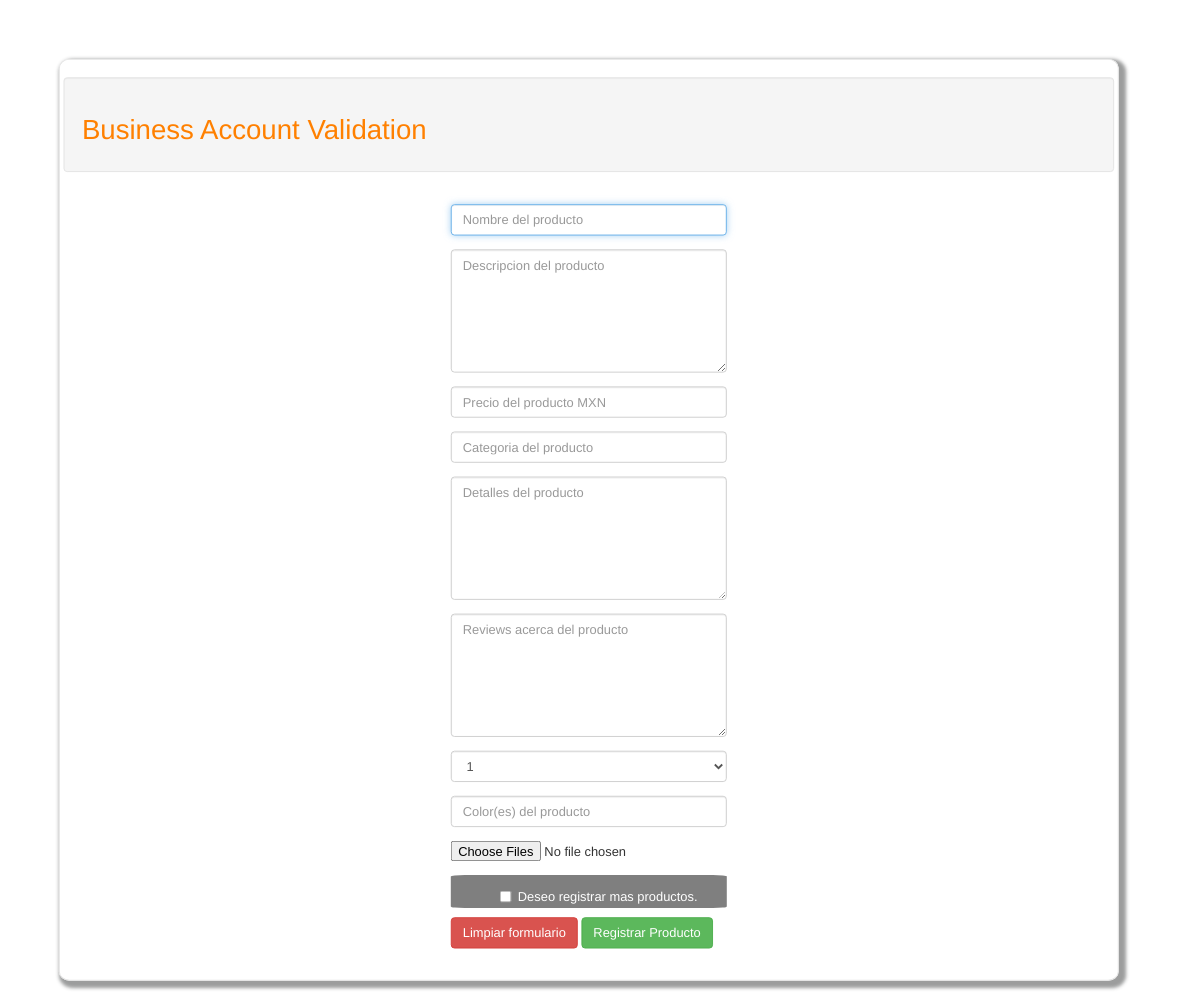
Repository: diamesa/sdi.esb.toolbox
Page: http://localhost/WebAnalizer/BAValidation.jsp
The author's editor kept a copy of each file at every save. The page is drawn from the files as they stood at one save, then again after the next save.
The browser window is 1280 px wide. The pictures show the whole page, at 92% of full size.
The page is served by Tomcat 9.

Above is the page before, as saved 2016-06-06 17:10:05.
Console error: TypeError: Cannot read properties of null (reading 'addEventListener')

After the next save:
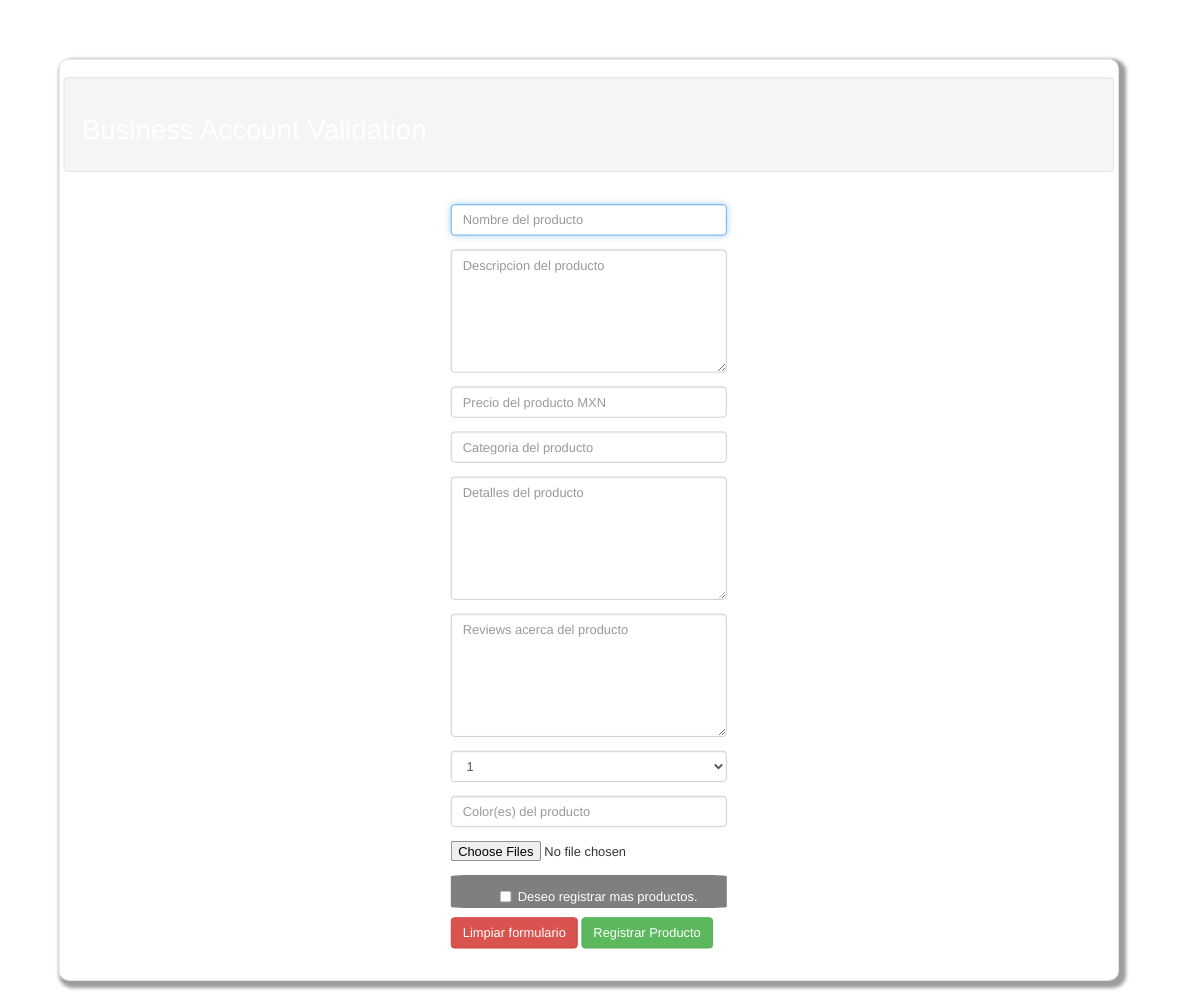
Saved 31 s later.
--- a/WebAnalizer/WebContent/css/sdi_toolbox.css
+++ b/WebAnalizer/WebContent/css/sdi_toolbox.css
@@ -3,7 +3,7 @@ body{padding-top: 5%;
 	 background-size:inherit;}
 
 	.myfcc-jumbo-h1{color: rgba(255,255,0,1.0);}
-	.myfcc-jumbo-h2{color: rgba(255,128,0,1.0);}
+	.myfcc-jumbo-h2{color: rgba(255,255,255,1.0);}
 	.myfcc-jumbo-p {color: rgba(255,255,255,1.0);}
 	.fcc-form{max-width: 330px;
 		   	  padding: 15px;
